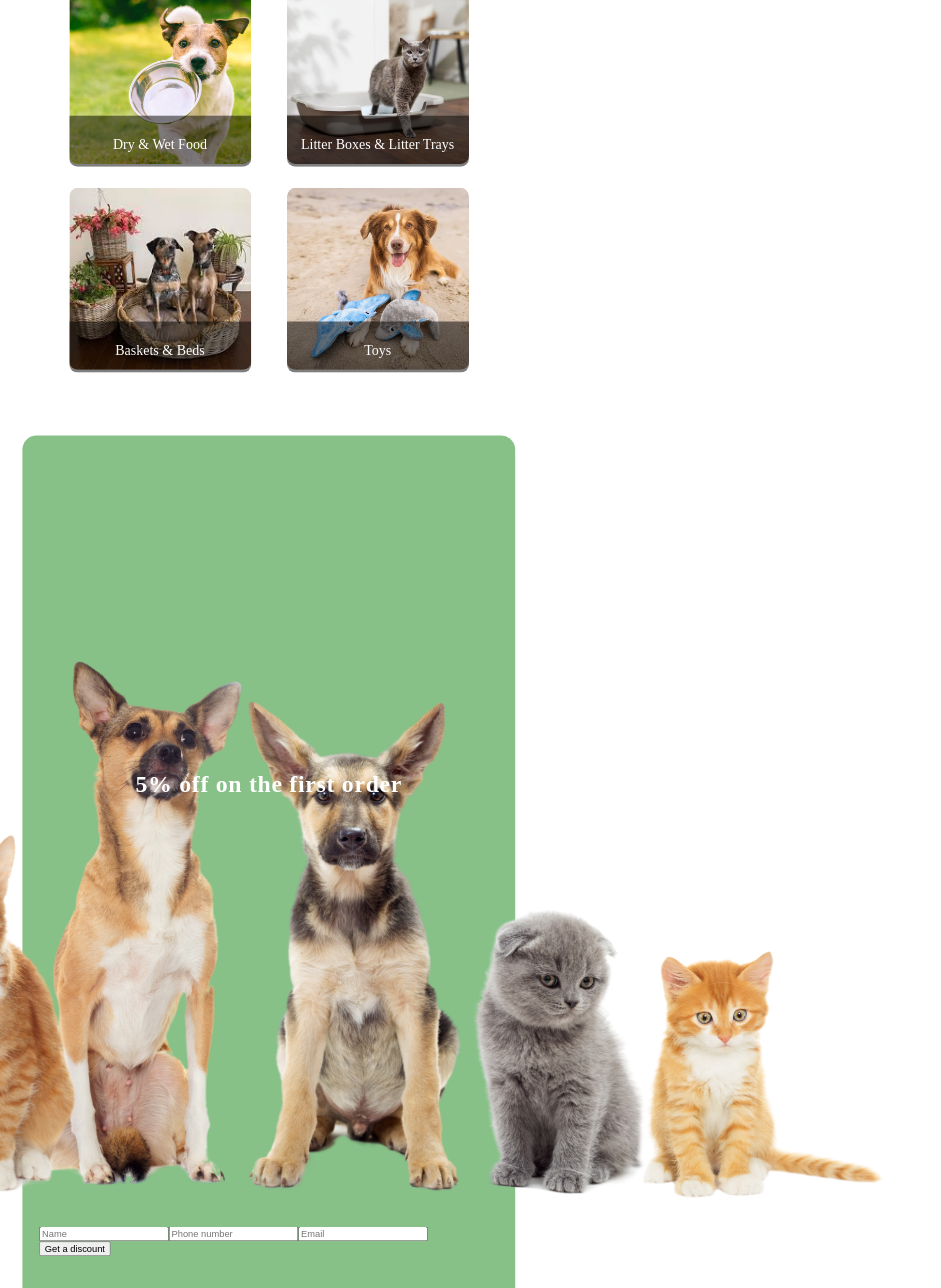
Repository: JuliiaJuliia/pet-shop-frontend
Page: / (app in pet-shop-frontend/)
These files come from the project's save history. The page is drawn as it stood at one moment and after the next save; the edit follows.
The browser window is 768 px wide. The page is 1344 px wide, so the pictures cover 1344 px, including what lies to the right of the window. The pictures show the part of the page from y = 856 to 2696 px (the page is 3686 px tall), at 70% of full size.
The project was rebuilt for these pictures with package versions that can differ from the ones it lists, and the page was loaded fresh each time. Also part of the build but not shown: pet-shop-frontend/vite.config.js, pet-shop-frontend/src/pages/CheckoutPage.jsx, pet-shop-frontend/src/api/axios.js, pet-shop-frontend/src/components/ProductList.jsx.

Above is the page before, as saved 2025-11-06 20:57:16.

### pet-shop-frontend/index.html
<!doctype html>
<html lang="en">
  <head>
    <meta charset="UTF-8" />
    <link rel="icon" type="image/svg+xml" href="/vite.svg" />
    <meta name="viewport" content="width=device-width, initial-scale=1.0" />
    <title>pet-shop-frontend</title>
  </head>
  <body>
    <div id="root"></div>
    <script type="module" src="/src/main.jsx"></script>
  </body>
</html>

### pet-shop-frontend/src/main.jsx
import HomePage from "./pages/HomePage";
import CheckoutPage from "./pages/CheckoutPage";
import React from "react";
import ReactDOM from "react-dom/client";
import { BrowserRouter, Routes, Route } from "react-router-dom";
import Header from "./components/Header/Header.jsx";
import ProductList from "./components/ProductList";

function Categories() {
  return <h2 style={{ textAlign: "center" }}>Categories Page</h2>;
}

function Sales() {
  return <h2 style={{ textAlign: "center" }}>Sales Page</h2>;
}

function Cart() {
  return <h2 style={{ textAlign: "center" }}>Your Cart is empty</h2>;
}

ReactDOM.createRoot(document.getElementById("root")).render(
  <BrowserRouter>
    <Header />
    <Routes>
      <Route path="/" element={<HomePage />} />
      <Route path="/categories" element={<Categories />} />
      <Route path="/products" element={<ProductList />} />
      <Route path="/sales" element={<Sales />} />
      <Route path="/cart" element={<Cart />} />
    </Routes>
  </BrowserRouter>
);

### pet-shop-frontend/src/pages/HomePage.jsx
import React from "react";
import MainBanner from "../components/MainBanner";
import Categories from "../components/Categories";
import DiscountBanner from "../components/DiscountBanner";
import SaleSection from "../components/SaleSection/SaleSection";

const HomePage = () => {
  return (
    <div>
      <MainBanner />
      <Categories />
      <DiscountBanner />
      <SaleSection />
    </div>
  );
};

export default HomePage;

### pet-shop-frontend/src/components/Header/Header.jsx
import React from "react";
import { Link } from "react-router-dom";
import "./Header.css";

const Header = () => {
  return (
    <header className="header">
      <div className="header__logo">
        <Link to="/">PetShop 🐾</Link>
      </div>
      <nav className="header__nav">
        <Link to="/">Main Page</Link>
        <Link to="/categories">Categories</Link>
        <Link to="/products">All products</Link>
        <Link to="/sales">All sales</Link>
      </nav>
      <div className="header__cart">
        <Link to="/cart">
        <img src="/icon.svg" alt="Cart" className="header__cart-icon" />
        </Link>
</div>
    </header>
  );
};

export default Header;

### pet-shop-frontend/src/components/MainBanner.jsx
import React from "react";
import { Link } from "react-router-dom";
import "./MainBanner.css";

const MainBanner = () => {
  return (
    <section className="main-banner">
      <div className="main-banner__overlay">
        <div className="main-banner__content">
        <h1>Amazing Discounts <br /> on Pets Products!</h1>
        <Link to="/checkout" className="banner-btn">Check out</Link>
        </div>
      </div>
    </section>
  );
};

export default MainBanner;

### pet-shop-frontend/src/components/Categories.jsx
import React from "react";
import { Link } from "react-router-dom";
import "./Categories.css";

const categories = [
  { id: 1, name: "Dry & Wet Food", image: "/Dog.jpg" },
  { id: 2, name: "Litter Boxes & Litter Trays", image: "/Cat.jpg" },
  { id: 3, name: "Baskets & Beds", image: "/Dogs.jpg" },
  { id: 4, name: "Toys", image: "/Dog and Fish.jpg" },
];

const Categories = () => {
  return (
    <section className="categories">
      <div className="categories__header">
        <h2>Categories</h2>
        <div className="categories__line"></div>

        <Link to="/products" className="all-categories-btn">
          All categories
        </Link>
      </div>

      <div className="categories__grid">
        {categories.map((category) => (
          <div key={category.id} className="category-card">
            <img src={category.image} alt={category.name} />
            <div className="category-card__overlay">
              <p>{category.name}</p>
            </div>
          </div>
        ))}
      </div>
    </section>
  );
};

export default Categories;

### pet-shop-frontend/src/components/DiscountBanner.jsx
import { useState } from "react";
import "./DiscountBanner.css";

export default function DiscountBanner() {
  const [form, setForm] = useState({ name: "", phone: "", email: "" });
  const [sent, setSent] = useState(false);

  const handleChange = (e) => {
    setForm({ ...form, [e.target.name]: e.target.value });
    setError("");
  };

  const handleSubmit = (e) => {
    e.preventDefault();

    if (!form.name || !form.phone || !form.email) {
      setError("Fill in this field");
      return;
    }

    setSent(true);
  };
  return (
    <section className="discount-banner">
      <div className="discount-banner__overlay">
        <div className="discount-banner__container">

          {/* Ліва частина: заголовок + картинка */}
          <div className="discount-banner__left">
            <h2>5% off on the first order</h2>
            <img src="/Pets.jpg" alt="Pets" />
          </div>

          {/* Права частина: форма */}
          <div className="discount-banner__right">
            {!sent ? (
              <form onSubmit={handleSubmit}>
                <input
                  type="text"
                  name="name"
                  placeholder="Name"
                  value={form.name}
                  onChange={handleChange}
                  required
                />
                <input
                  type="tel"
                  name="phone"
                  placeholder="Phone number"
                  value={form.phone}
                  onChange={handleChange}
                  required
                />
                <input
                  type="email"
                  name="email"
                  placeholder="Email"
                  value={form.email}
                  onChange={handleChange}
                  required
                />
                <button type="submit">Get a discount</button>
              </form>
            ) : (
              <p className="discount-banner__success">
                ✅ Thank you! We'll contact you soon!
              </p>
            )}
          </div>

        </div>
      </div>
    </section>
  );
}

### pet-shop-frontend/src/components/SaleSection/SaleSection.jsx
import React from "react";
import "./SaleSection.css";
import { Link } from "react-router-dom";

const saleSection = [
  {
    id: 1,
    name: "Dry Dog Food for Adult Dogs",
    image: "/Dry Dog.jpg",
    oldPrice: 100,
    newPrice: 80,
    discount: "-50%",
  },
  {
    id: 2,
    name: "Ultra Cat Litter Tray Self-Cleaning",
    image: "/Cat Litter.jpg",
    oldPrice: 600,
    newPrice: 450,
    discount: "-34%",
  },
  {
    id: 3,
    name: "Black Dog Bed, Large Dogs",
    image: "/Dog Bed.jpg",
    oldPrice: 150,
    newPrice: 50,
    discount: "-25%",
  },
  {
    id: 4,
    name: "Cat Toy with Real Random Trajectory",
    image: "/Cat Toy.jpg",
    oldPrice: 50,
    newPrice: 25,
    discount: "-17%",
  },
];

const SaleSection = () => {
  return (
    <section className="sale-section">
      {/* 🔹 Верхній заголовок + кнопка справа */}
      <div className="sale-section__header">
        <h2>Sale</h2>
        <div className="sale-section__line"></div>
        <Link to="/categories" className="sale-section__all-btn">
          All categories
        </Link>
      </div>

      {/* 🔹 Сітка товарів */}
      <div className="sale-section__grid">
        {saleSection.map((item) => (
          <div key={item.id} className="sale-card">
            <div className="sale-card__image-container">
              <img src={item.image} alt={item.name} className="sale-card__image" />
              <span className="sale-card__discount">{item.discount}</span>
            </div>
            <div className="sale-card__details">
              <h4 className="sale-card__name">{item.name}</h4>
              <div className="sale-card__prices">
                <span className="sale-card__old">${item.oldPrice.toFixed(2)}</span>
                <span className="sale-card__new">${item.newPrice.toFixed(2)}</span>
              </div>
            </div>
          </div>
        ))}
      </div>
    </section>
  );
};

export default SaleSection;

### pet-shop-frontend/src/components/Header/Header.css
.header {
    display: flex;
    align-items: center;
    justify-content: space-between;
    padding: 20px 60px;
    background-color: #fff;
    box-shadow: 0 2px 5px rgba(0, 0, 0, 0.05);
    position: sticky;
    top: 0;
    z-index: 10;
  }

  .header__logo a {
    font-size: 40px;
    font-weight: 400;
    color: #3d3c3c;
    text-decoration: none;
    display: flex;
    align-items: center;
    gap: 10px;
  }

  .header__nav {
    display: flex;
    gap: 30px;
  }

  .header__nav a {
    font-size: 20px;
    text-decoration: none;
    color: #38383a;
    font-weight: 550;
    transition: 0.3s;
    cursor: url("data:[embedded picture, 129 characters]"), auto;
  }

  .header__nav a:hover {
    color: #24973bf3;
  }

  .cart-icon {
    font-size: 20px;
    text-decoration: none;
  }

  .header__cart-icon {
    width: 30px;
    height: 30px;
    object-fit: contain;
    transition: transform 0.3s ease;
    cursor: url("data:[embedded picture, 129 characters]"), auto;
  }

  .header__cart-icon:hover {
    transform: rotate(10deg) scale(1.15);
  }

### pet-shop-frontend/src/components/MainBanner.css
.main-banner {
  position: relative;
  width: 100%;
  height: 500px;
  background: url("/banner-dog.jpg") center/cover no-repeat;
  display: flex;
  align-items: center;
  justify-content: center;
  border-radius: 10px;
  overflow: hidden;
  margin-bottom: 60px;
}

/* Полупрозрачный шар поверх картинки */
.main-banner__overlay {
  background: rgba(0, 0, 0, 0.35);
  width: 100%;
  height: 100%;
  display: flex;
  align-items: center;
  justify-content: center;
}

/* Текст и кнопка */
.main-banner__content {
  text-align: left;
  color: #fff;
  max-width: 800px;
  padding: 0 40px;
  line-height: 1.1;
  white-space: normal;
  word-break: break-word;
}

.main-banner__content h1 {
  font-size: 54px;
  font-weight: 700;
  line-height: 1.2;
  margin-bottom: 40px;
}


.main-banner__button {
  background-color: #53b955df;
  color: rgb(255, 255, 255);
  border: none;
  border-radius: 6px;
  font-size: 18px;
  padding: 14px 30px;
  cursor: pointer;
  transition: all 0.3s ease;
  cursor: url("data:[embedded picture, 129 characters]"), auto;
}

.main-banner__button:hover {
  background-color: #24973b91;
  ;
  transform: scale(1.05);
}

.banner-btn {
  display: inline-block;
  background-color: #53b955df;
  color: white;
  border: none;
  border-radius: 6px;
  font-size: 18px;
  padding: 14px 30px;
  text-decoration: none;
  text-align: center;
  cursor: pointer;
  transition: all 0.3s ease;
}

.banner-btn:hover {
  background-color: #24973b91;
  transform: scale(1.05);
}

### pet-shop-frontend/src/components/Categories.css
.categories {
    padding: 0px 80px 60px;
    background-color: #fff;
  }

  .categories__title {
    font-size: 36px;
    font-weight: 600;
    margin-bottom: 30px;
    color: #222;
  }

  .categories__grid {
    display: grid;
    grid-template-columns: repeat(auto-fit, minmax(220px, 1fr));
    gap: 30px;
    justify-items: center;
  }

  .category-card {
    position: relative;
    width: 100%;
    max-width: 260px;
    border-radius: 12px;
    overflow: hidden;
    cursor: url("data:[embedded picture, 129 characters]"), auto;
    transition: transform 0.3s ease;
  }

  .category-card img {
    width: 100%;
    height: 260px;
    object-fit: cover;
    border-radius: 12px;
  }

  .category-card__overlay {
    position: absolute;
    display: flex;
    justify-content: center;
    align-items: center;
    text-align: center;
    bottom: 0;
    left: 0;
    right: 0;
    background: rgba(0, 0, 0, 0.5);
    color: #fff;
    font-size: 20px;
    font-weight: 500;
    padding-top: 10px;
    transition: background 0.3s ease;
  }

  .category-card:hover {
    transform: scale(1.05);
  }

  .category-card:hover .category-card__overlay {
    background: rgba(0, 0, 0, 0.7);
  }

  .categories__header {
    display: flex;
    align-items: center;
    justify-content: space-between;
    position: relative;
    margin-bottom: 30px;
  }

  .categories__header h2 {
    font-size: 35px;
    font-weight: 700;
    color: #222;
    letter-spacing: 1.5px;
    background-color: #fff;
    padding-right: 15px;
    z-index: 1;
  }

  .categories__line {
    position: absolute;
    left: 0;
    right: 0;
    height: 1px;
    background-color: #ddd;
    top: 50%;
    transform: translateY(-50%);
    z-index: 0;
  }

  .all-categories-btn {
    display: inline-flex;
    align-items: center;
    justify-content: center;
    background-color: #fff;
    border: 1px solid #ccc;
    border-radius: 6px;
    padding: 6px 14px;
    font-size: 17px;
    font-weight: 500;
    color: #333;
    text-decoration: none;
    outline: none;
    cursor: pointer;
    z-index: 1;
    transition: all 0.3s ease;
  }

  .all-categories-btn:hover {
    background-color: #53b955cd;
    color: #fff;
    border-color: #24973b91;
    transform: scale(1.05);
    cursor: url("/paw-cursor.png"), auto;
    cursor: url("data:[embedded picture, 129 characters]"), auto;
  }

### pet-shop-frontend/src/components/DiscountBanner.css
/* контейнер банера */
.discount-banner {
  background-color: #60ad61c0;
  color: #fff;
  border-radius: 20px;
  margin: 60px 80px;
  padding: 60px 80px 140px; /* зверни увагу: великий паддінг знизу для місця під тварин */
  position: relative;
  overflow: visible;
  display: block;
}

/* заголовок — по центру всього блоку (горизонтально + вертикально) */
.discount-banner__left h2 {
  position: absolute;
  top: 0px;

  left: 50%;
  transform: translate(-50%, -50%);
  margin: 0;
  font-size: 56px;
  font-weight: 700;
  letter-spacing: 1px;
  text-align: center;
  width: 100%;
  line-height: 1.05;
}

/* вміст під заголовком: картинка ліворуч, форма праворуч */
.discount-banner__content {
  display: flex;
  justify-content: space-between;
  align-items: flex-end;
  gap: 50px;
  width: 100%;
  position: relative;
  margin-top: 0px;
}

/* ліва частина (картинка) */
.discount-banner__left {
  flex: 1;
  display: flex;
  justify-content: center;
  align-items: flex-end;    /* картинка "сидить" внизу колонки */
  position: relative;
  padding-bottom: 10px;     /* трохи простору під картинкою */
}

/* картинка тварин — збільшена і з позицією внизу (на межі фону) */
.discount-banner__image {
  max-width: 720px;         /* збільшити розмір тварин */
  width: 100%;
  height: auto;
  object-fit: contain;
  position: absolute;
  left: 50%;
  transform: translateX(-50%);
  bottom: -160px;
}

/* права частина — форма (по центру вертикалі блоку) */
.discount-banner__form {
  flex: 0 0 350px;
  right: 50px;
  top: 50px;
  display: flex;
  align-items: center;
  justify-content: center;
  position: relative;
}

/* стилі самої форми */
.discount-banner__form form {
  width: 100%;
  display: flex;
  flex-direction: column;
  gap: 12px;
  background: #24973ba3;
  padding: 18px;
  border-radius: 10px;
}

.discount-banner__form input {
  padding: 10px 14px;
  border-radius: 8px;
  border: none;
  font-size: 15px;
  outline: none;
}

.discount-banner__form button {
  padding: 10px 14px;
  border-radius: 8px;
  border: none;
  background: #fff;
  color: #24973be4;
  font-weight: 600;
  cursor: url("data:[embedded picture, 129 characters]"), auto;
}

/* адаптация под мобильные екраны */
@media (max-width: 900px) {
  .discount-banner {
    margin: 30px 24px;
    padding: 40px 24px 120px;
  }
  .discount-banner__left h2 {
    font-size: 34px;
    top: 42%;
  }
  .discount-banner__content {
    flex-direction: column;
    align-items: center;
    margin-top: 60px;
  }
  .discount-banner__form {
    width: 100%;
    flex: none;
    margin-top: 20px;
  }
  .discount-banner__image {
    position: relative;
    bottom: -6px;
    left: 50%;
    transform: translateX(-50%);
    max-width: 320px;
  }
}

### pet-shop-frontend/src/components/SaleSection/SaleSection.css
.sale-section {
    background-color: #fff;
    margin: 40px 80px;
    padding-bottom: 60px;
  }

  /* 🔹 Заголовок + кнопка справа + лінія */
  .sale-section__header {
    display: flex;
    justify-content: space-between;
    align-items: center;
    position: relative;
    margin-bottom: 40px;
  }

  .sale-section__header h2 {
    font-size: 36px;
    font-weight: 700;
    color: #222;
    background-color: #fff;
    padding-right: 15px;
    z-index: 1;
  }

  .sale-section__line {
    position: absolute;
    left: 0;
    right: 0;
    height: 1px;
    background-color: #ddd;
    top: 50%;
    transform: translateY(-50%);
    z-index: 0;
  }

  /* 🔹 Кнопка “All categories” */
  .sale-section__all-btn {
    background-color: #fff;
    border: 1px solid #ccc;
    border-radius: 6px;
    padding: 6px 14px;
    font-size: 17px;
    font-weight: 500;
    text-decoration: none;
    color: #222;
    z-index: 1;
    transition: 0.3s;
  }

  .sale-section__all-btn:hover {
    background-color: #53b955cd;
    color: #fff;
    border-color: #24973b91;
    cursor: url("data:[embedded picture, 129 characters]"), auto;
  }

  /* 🔹 Сетка товаров */
  .sale-section__grid {
    display: grid;
    grid-template-columns: repeat(auto-fit, minmax(220px, 1fr));
    gap: 30px;
    justify-items: center;
  }

  /* 🔹 Карточки товаров */
  .sale-card {
    background-color: #fff;
    border-radius: 12px;
    overflow: hidden;
    width: 100%;
    max-width: 260px;
    box-shadow: 0 4px 8px rgba(0, 0, 0, 0.05);
    transition: transform 0.3s ease, box-shadow 0.3s ease;
    cursor: url("data:[embedded picture, 129 characters]"), auto;
  }

  .sale-card:hover {
    transform: scale(1.04);
    box-shadow: 0 8px 15px rgba(0, 0, 0, 0.1);
  }

  /* 🔹 Фото + бейдж скидки */
  .sale-card__image-container {
    position: relative;
  }

  .sale-card__image {
    width: 100%;
    height: 220px;
    object-fit: cover;
    border-radius: 12px 12px 0 0;
  }

  .sale-card__discount {
    position: absolute;
    top: 10px;
    right: 10px;
    background-color: #e53935;
    color: #fff;
    font-size: 14px;
    font-weight: 600;
    padding: 6px 10px;
    border-radius: 6px;
  }

  /* 🔹 Інформація під фото */
  .sale-card__details {
        padding: 5px 8px 10px; /* 🔹 менший верхній відступ */
        text-align: center;
  }

  .sale-card__name {
    font-size: 15px;
    font-weight: 500;
    margin-bottom: 8px;
    color: #333;
  }

  .sale-card__prices {
    display: flex;
    justify-content: center;
    gap: 10px;
  }

  .sale-card__old {
    text-decoration: line-through;
    color: #888;
    font-size: 14px;
  }

  .sale-card__new {
    color: #53b955;
    font-weight: 700;
    font-size: 16px;
  }

After the next save:
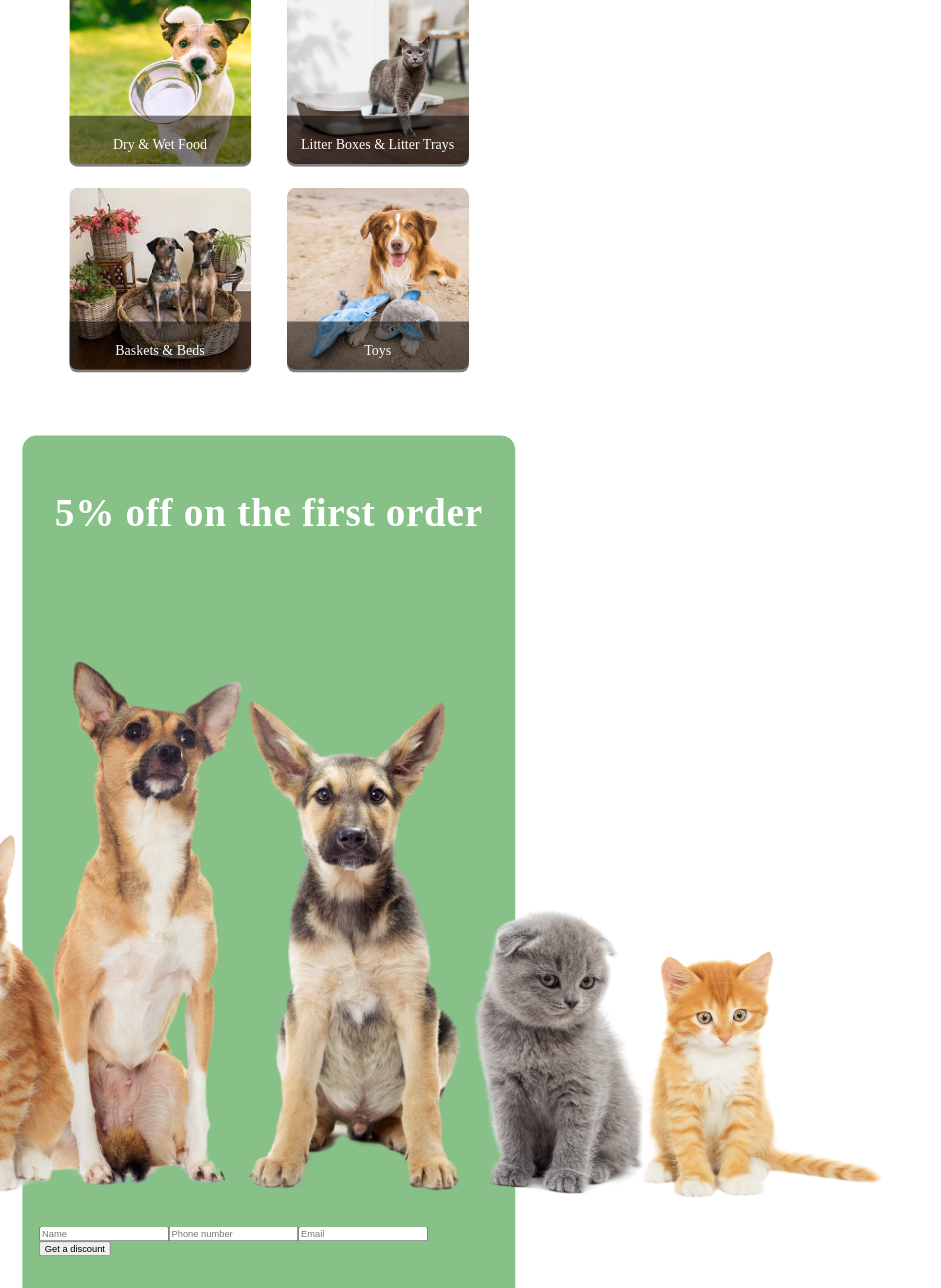
Saved 20 s later.
--- a/pet-shop-frontend/src/components/DiscountBanner.css
+++ b/pet-shop-frontend/src/components/DiscountBanner.css
@@ -105,10 +105,20 @@
     margin: 30px 24px;
     padding: 40px 24px 120px;
   }
-  .discount-banner__left h2 {
-    font-size: 34px;
-    top: 42%;
-  }
+  /* заголовок — по центру горизонталі, але біля верхнього краю */
+.discount-banner__left h2 {
+  position: absolute;
+  top: 40px;               /* 🔼 піднімає заголовок ближче до верху контейнера */
+  left: 50%;
+  transform: translateX(-50%); /* центрує по горизонталі */
+  margin: 0;
+  font-size: 56px;
+  font-weight: 700;
+  letter-spacing: 1px;
+  text-align: center;
+  width: 100%;
+  line-height: 1.1;
+}
   .discount-banner__content {
     flex-direction: column;
     align-items: center;
